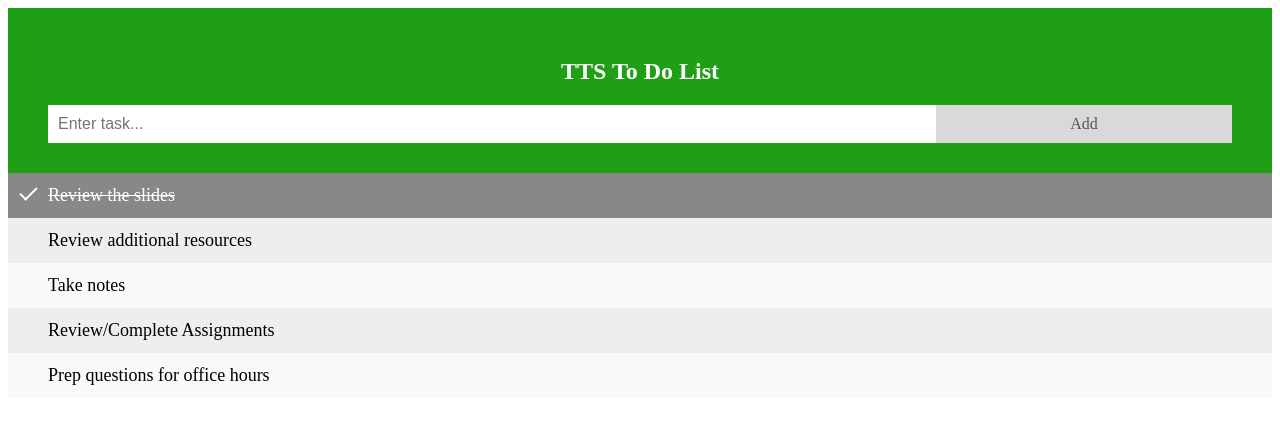
Repository: ayannasampson/week5groupproject
Page: week5group.html
These files come from the project's save history. The page is drawn as it stood at one moment and after the next save; the edit follows.
The browser window is 1280 px wide. The pictures show the whole page.

Above is the page before, as saved 2023-03-07 20:49:36.

After the next save:
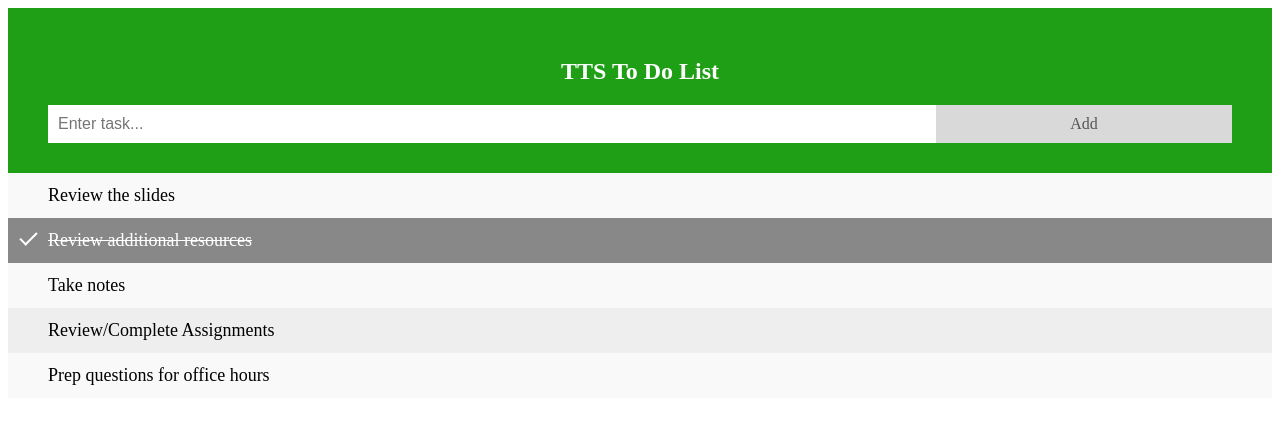
Saved 7 min 53 s later.
--- a/week5group.html
+++ b/week5group.html
@@ -9,8 +9,8 @@
   <span onclick="newElement()" class="addBtn">Add</span>
 </div>
 <ul id="myUL">
-  <li class="checked">Review the slides</li>
-  <li>Review additional resources</li>
+  <li>Review the slides</li>
+  <li class="checked">Review additional resources</li>
   <li>Take notes</li>
   <li>Review/Complete Assignments</li>
   <li>Prep questions for office hours</li>
